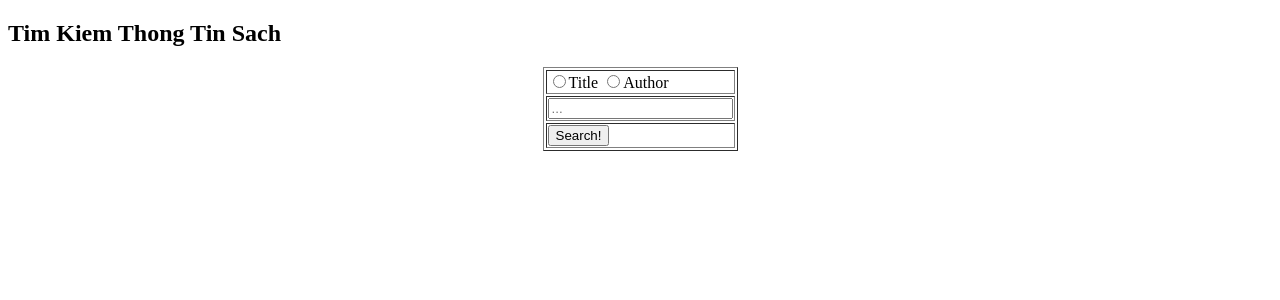
Repository: trangtruc/Java_NangCao
Page: http://localhost/EBookShop/myeshop.jsp
An editor plug-in stored every save of this project. The page is shown before and after the next save, followed by the edit.
The browser window is 1280 px wide. The pictures show the whole page.
The page is served by Tomcat 9.

Above is the page before, as saved 2017-03-14 15:13:49.

After the next save:
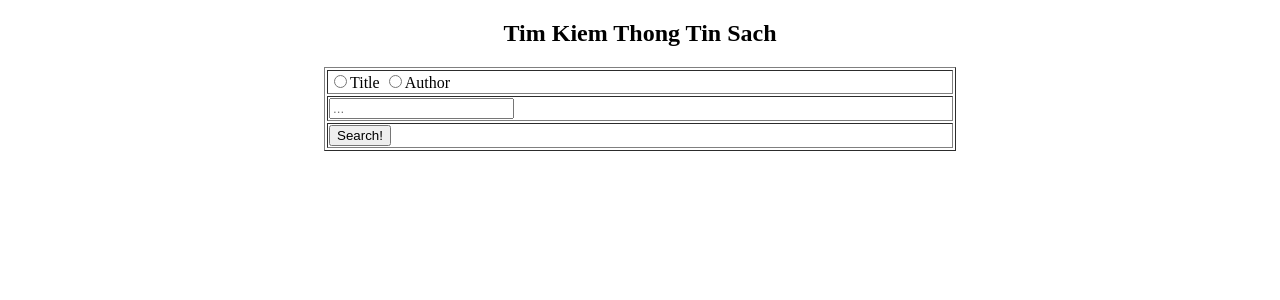
Saved 60 s later.
--- a/Buoi4/EBookShop/WebContent/myeshop.jsp
+++ b/Buoi4/EBookShop/WebContent/myeshop.jsp
@@ -1,15 +1,15 @@
-<%@ page language="java" contentType="text/html; charset=ISO-8859-1"
-    pageEncoding="ISO-8859-1"%>
+<%@ page language="java" contentType="text/html; charset=UTF-8"
+    pageEncoding="UTF-8"%>
 <!DOCTYPE html PUBLIC "-//W3C//DTD HTML 4.01 Transitional//EN" "http://www.w3.org/TR/html4/loose.dtd">
 <html>
 <head>
-<meta http-equiv="Content-Type" content="text/html; charset=ISO-8859-1">
+<meta http-equiv="Content-Type" content="text/html; charset=UTF-8">
 <title>Insert title here</title>
 </head>
 <body>
-	<h2>Tim Kiem Thong Tin Sach</h2>
+	<h2 align="center">Tim Kiem Thong Tin Sach</h2>
 	<form method="POST" action="Controller">
-	<table align="center" border="1">
+	<table align="center" border="1" width="50%">
 		<tr>
 			<td>
 				<input type="radio" name="ra" value="title"/>Title
